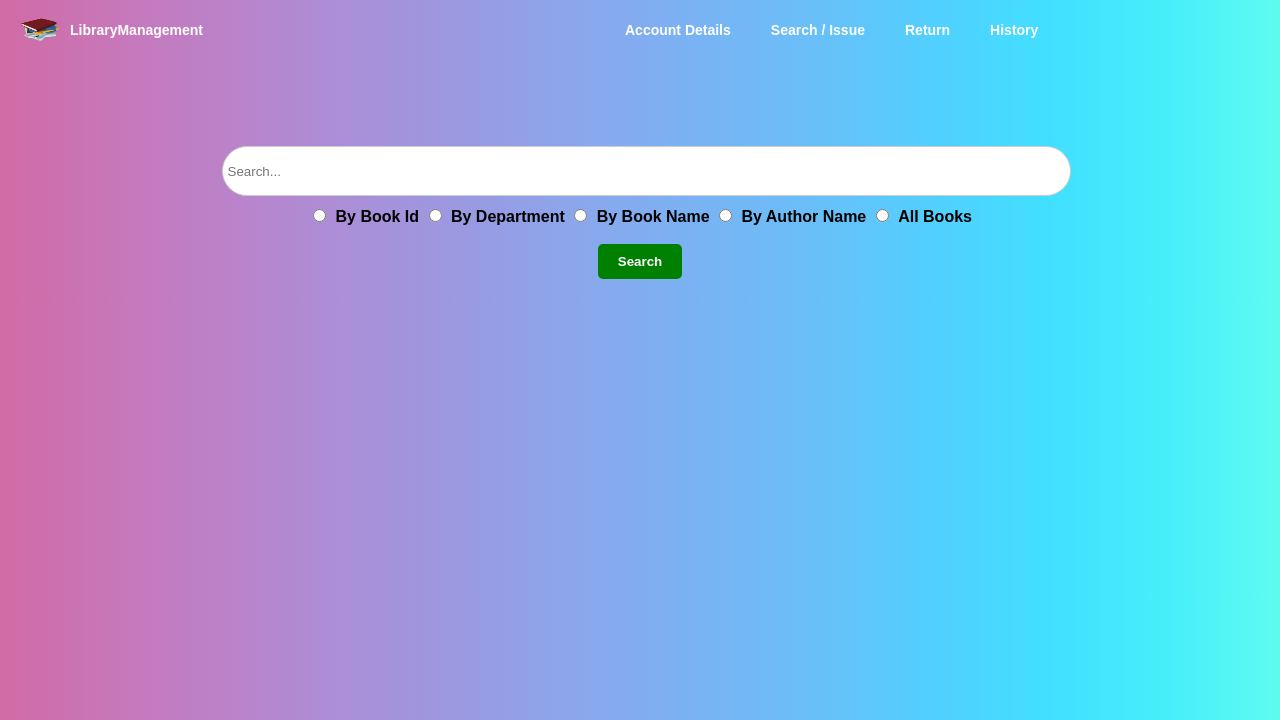
Repository: amitSai12/CMS
Page: http://localhost/LibraryManagementDemo/Search.jsp
These files come from the project's save history. The page is drawn as it stood at one moment and after the next save; the edit follows.
The browser window is 1280 px wide. The pictures show the whole page.
The page is served by Tomcat 9.

Above is the page before, as saved 2023-10-01 22:07:47.

After the next save:
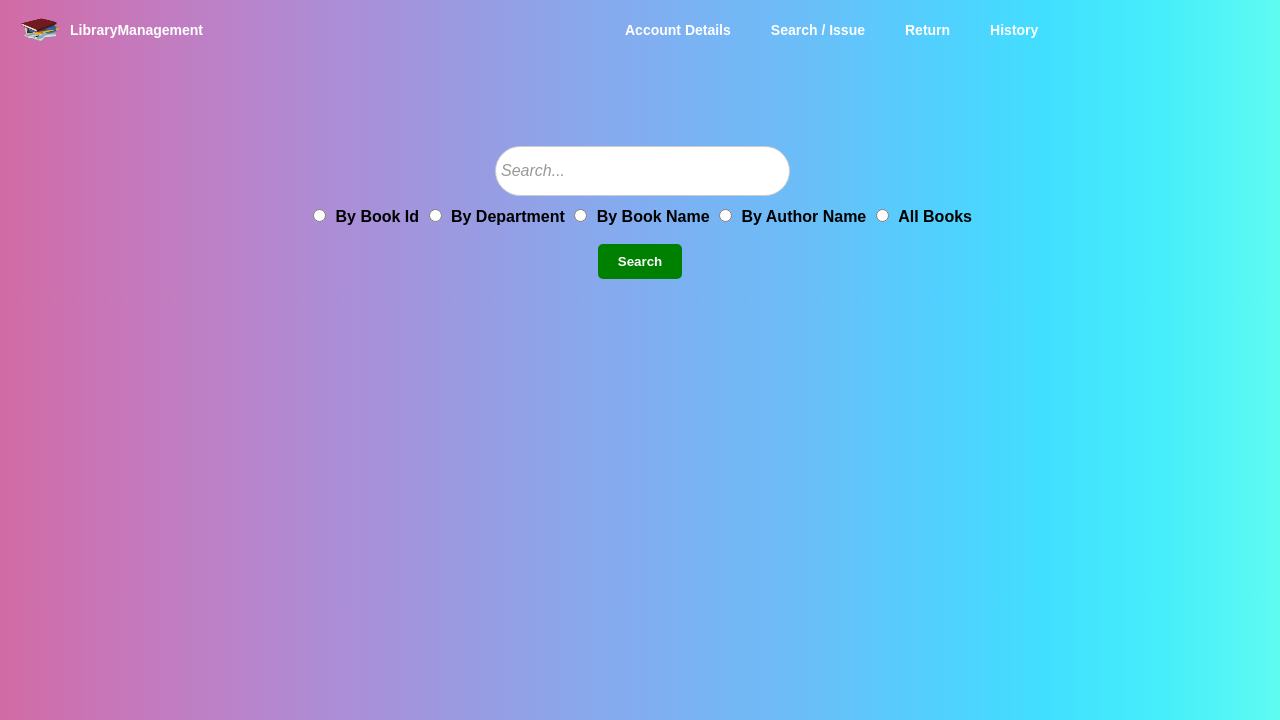
Saved 28 s later.
--- a/Day1_Thu/LibraryManagementDemo/src/main/webapp/AllBooks.css
+++ b/Day1_Thu/LibraryManagementDemo/src/main/webapp/AllBooks.css
@@ -70,6 +70,34 @@ label {
   height: 38px;
 }
 
+.search-container {
+  position: relative;
+  width: 300px; /* Adjust the width as needed */
+}
+
+.input-icon {
+  display: flex;
+  align-items: center;
+}
+
+.input-icon i {
+  margin-right: 5px; /* Adjust the spacing between the icon and text */
+}
+
+input[type="text"] {
+  width: 100%;
+  padding: 10px;
+  border: 1px solid #ccc;
+  border-radius: 5px;
+  font-size: 16px;
+  outline: none;
+}
+
+/* Style the placeholder text */
+input[type="text"]::placeholder {
+  color: #999;
+  font-style: italic;
+}
 
 .search-button {
   background-color: green;
